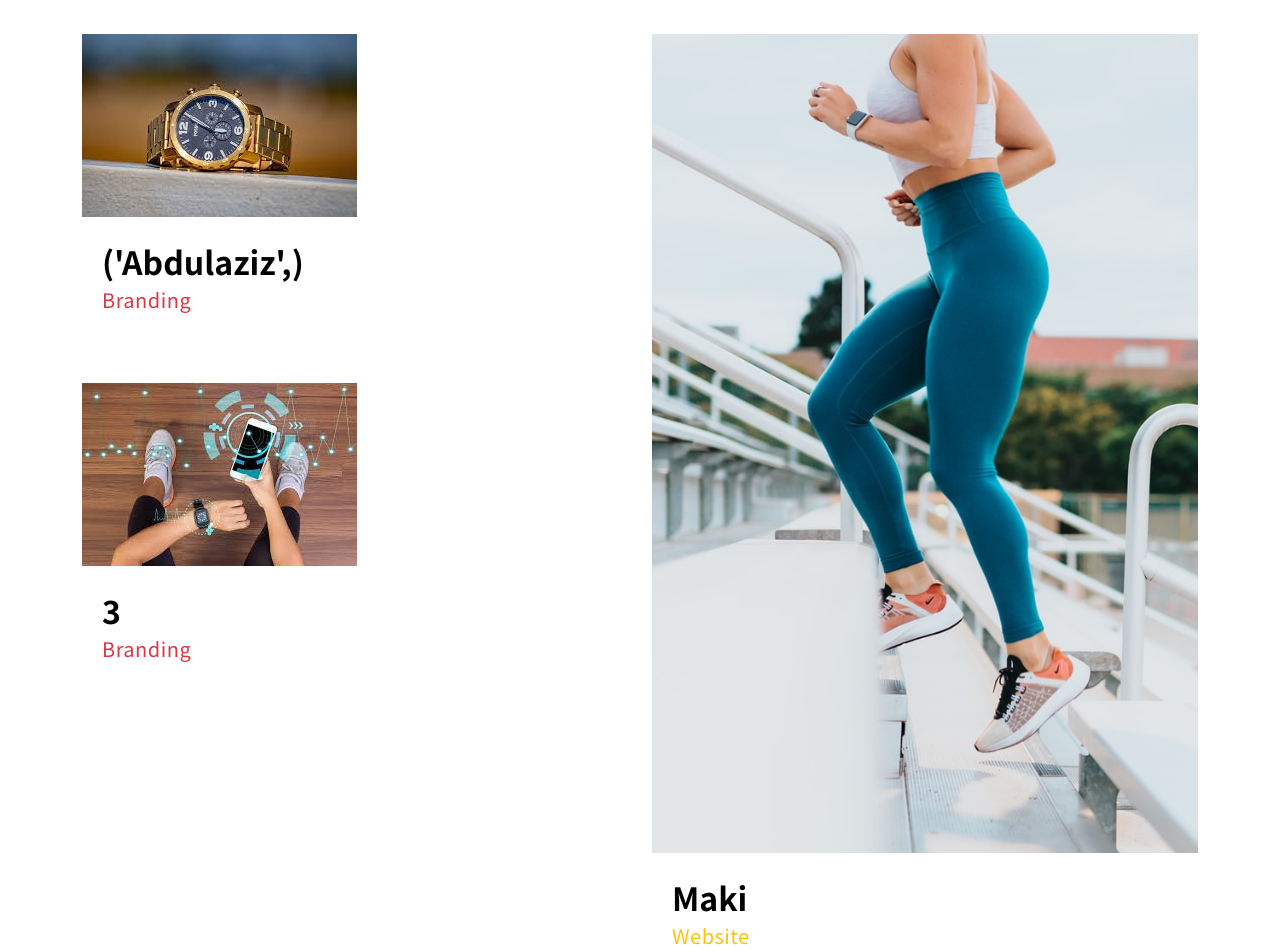
Repository: maqsudov0371/homework
Page: http://localhost/
An editor plug-in stored every save of this project. The page is shown before and after a run of saves, followed by the edit.
The browser window is 1280 px wide. The pictures show the part of the page from y = 985 to 1937 px (the page is 4461 px tall).
The page is served by the project's application, run on Django 5.2 (manage.py). The page reads the database file committed with the project.

Above is the page before, as saved 2024-07-13 15:07:50.

After the next 5 saves:
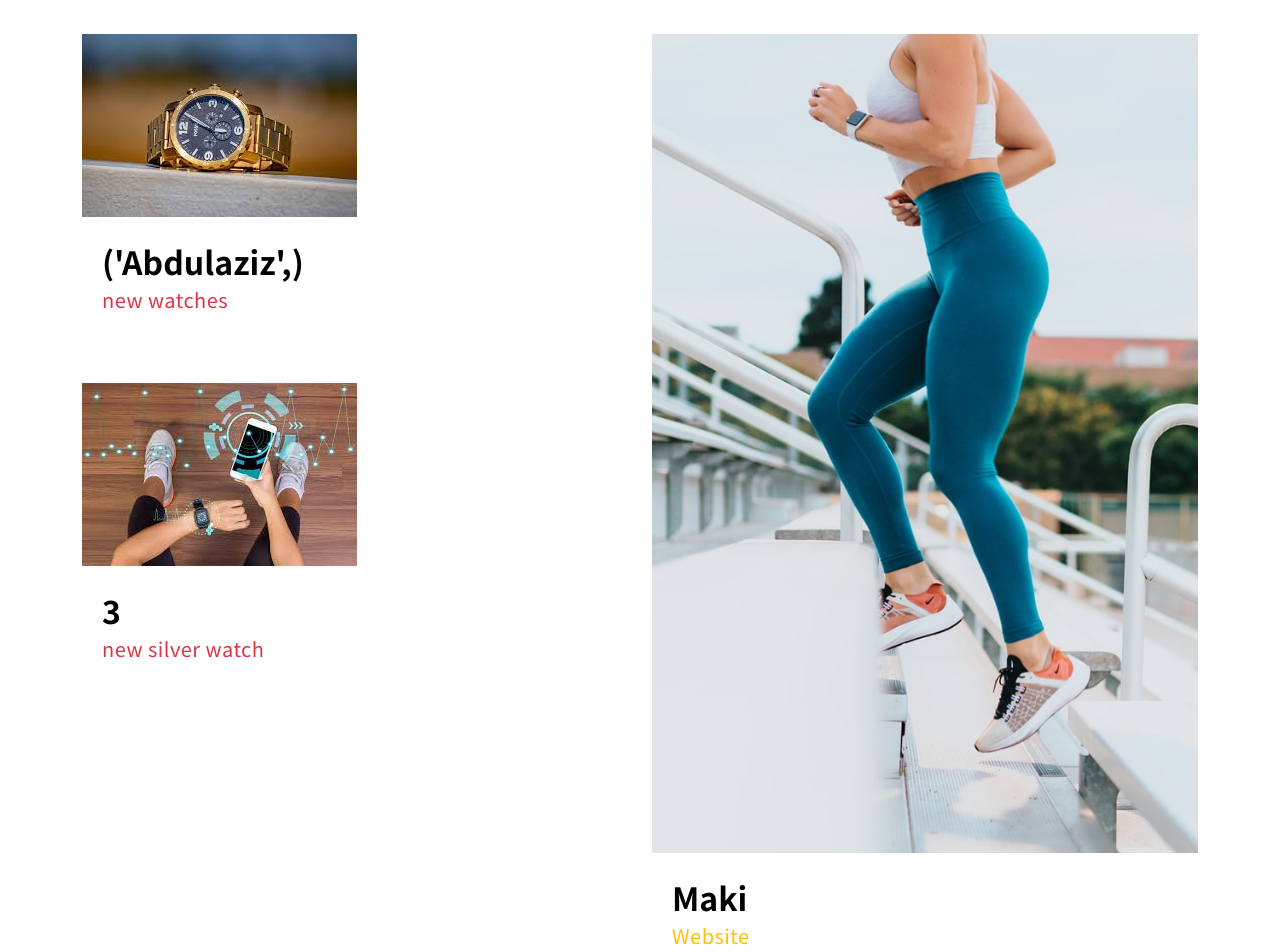
The 5 saves are shown as one change because 1 did not build or start and some came seconds apart.
The last was saved 2 min 9 s later.
--- a/templates/watches.html
+++ b/templates/watches.html
@@ -117,7 +117,7 @@ https://templatemo.com/tm-567-nomad-force
                                 <div class="portfolio-info">
                                     <h4 class="portfolio-title mb-0">{{ item.author }}</h4>
 
-                                    <p class="text-danger">Branding</p>
+                                    <p class="text-danger">{{ item.body }}</p>
                                 </div>
                             </div>
                             {% endfor %}
